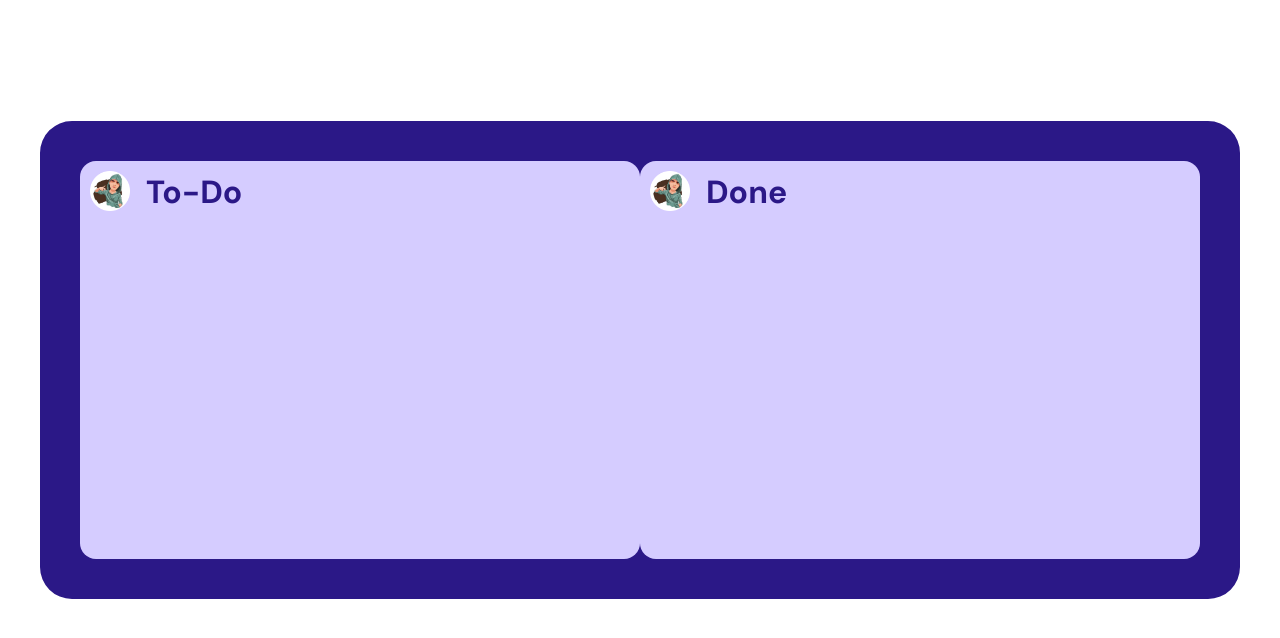
Repository: VitasYo/Kanban
Page: index.html
The author's editor kept a copy of each file at every save. The page is drawn from the files as they stood at one save, then again after a run of saves.
The browser window is 1280 px wide. The pictures show the whole page.

Above is the page before, as saved 2024-04-14 23:45:46.

### index.html
<!DOCTYPE html>
<html lang="en">
<head>
  <meta charset="UTF-8">
  <meta name="viewport" content="width=device-width, initial-scale=1.0">
  <link rel="stylesheet" href="./src/assets/css/index.css">
  <title>To-Do-List-Kanban</title>
</head>
<body>
  <main class="kanban">
    <section class="kanban__column kanban__column_to_do">
      <div class="kanban__title_and_icon">
        <img height=40 width=40 src="src/assets/img/Avatar.jpg" alt="Аватар">
        <h2 class="kanban__title">To-Do</h2>
      </div>

    </section>

    <section class="kanban__column kanban__column--done">
      <div class="kanban__title_and_icon">
        <img height=40 width=40 src="src/assets/img/Avatar.jpg" alt="Аватар">
        <h2 class="kanban__title">Done</h2>
      </div>
    </section>
  </main>
  </body>
<script src="./src/assets/js/index.js"></script>
</html>

### src/assets/css/index.css
@import url('https://fonts.googleapis.com/css2?family=DM+Sans:opsz,wght@9..40,100;9..40,200;9..40,300;9..40,400;9..40,500;9..40,600;9..40,700;9..40,800;9..40,900;9..40,1000&display=swap');
@import './component/_kanban.css';
@import './_media.css';



* {
  font-family: 'DM Sans', sans-serif;
}

* {
  box-sizing: border-box;
  margin: 0;
  padding: 0;
}

body {
  font-family: 'Arial', sans-serif;
  background-color: white;
  color: white;
  display: flex;
  flex-direction: column;
  min-height: 100vh;
}


.header__title,
.footer__text {
  margin: 0;
  padding: 10px 0;
}

.container {
  width: 100%;
  padding-right: 15px;
  padding-left: 15px;
  margin-right: auto;
  margin-left: auto;
}

### src/assets/css/component/_kanban.css
.kanban {
    display: flex;
    flex-wrap: wrap;
    justify-content: space-around;
    flex-grow: 1;
    flex: 0 0 100%;
    border-radius: 32px;
    border: 40px solid #2B1887;
    background-color: #2B1887;
    display: grid;
    grid-template-columns: 1fr 1fr;
    margin: auto;
}

.kanban__column {
    height: 398px;
    width: 560px;
    background-color: #D5CCFF;
    border-radius: 16px;
    padding: 10px;\
}

.kanban__title_and_icon {
    display: flex;
    width: 560px;
}

.kanban__title {
    color: #2B1887;
    font-size: 32px;
    margin-bottom: 24px;
    padding-left: 16px;
}

### src/assets/css/_media.css
@media (min-width: 576px) {
    .container {
        max-width: 540px;
    }
}

@media (min-width: 768px) {
    .container {
        max-width: 720px;
    }
}

@media (min-width: 992px) {
    .container {
        max-width: 960px;
    }
}

@media (min-width: 1200px) {
    .container {
        max-width: 1140px;
    }
}

@media (min-width: 1400px) {
    .container {
        max-width: 1320px;
    }
}

@media screen and (min-width: 640px) {
    .kanban__column {
        flex: 0 0 calc(33.333% - 20px);
    }
}

Loaded but not shown: src/assets/js/index.js (no stored copy; drawn as an empty file)

After the next 3 saves:
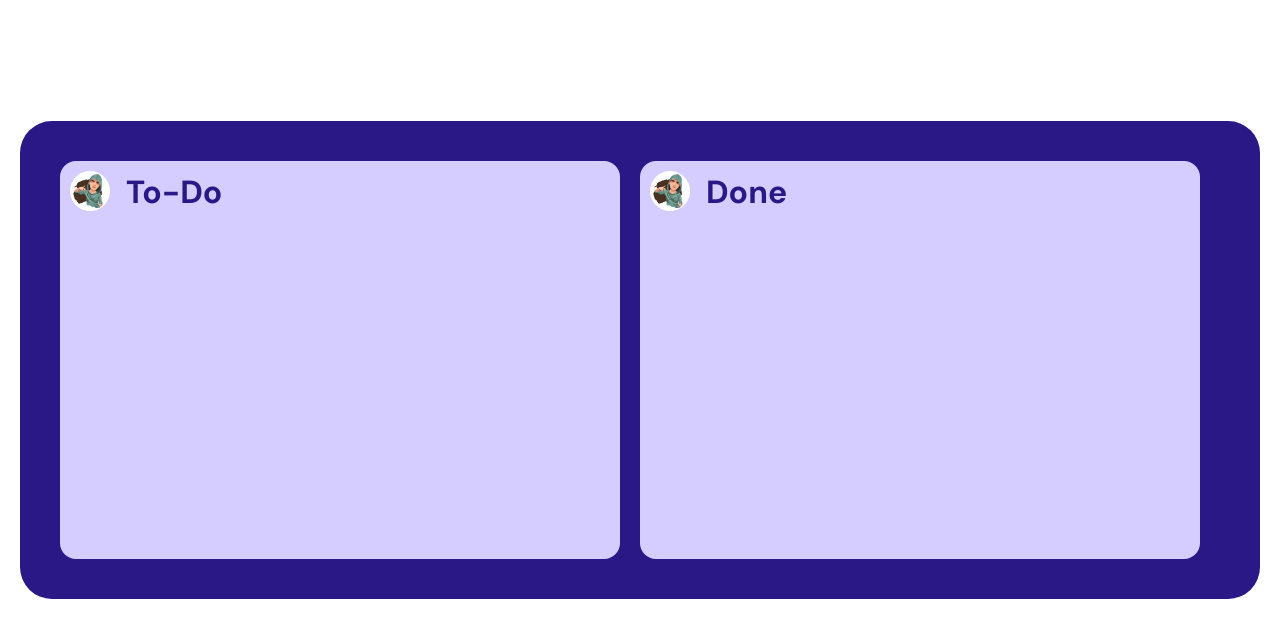
The 3 saves are shown as one change because they came seconds apart.
The last was saved 9 s later.
--- a/src/assets/css/component/_kanban.css
+++ b/src/assets/css/component/_kanban.css
@@ -17,7 +17,8 @@
     width: 560px;
     background-color: #D5CCFF;
     border-radius: 16px;
-    padding: 10px;\
+    padding: 10px;
+    margin-right: 20px;
 }
 
 .kanban__title_and_icon {
